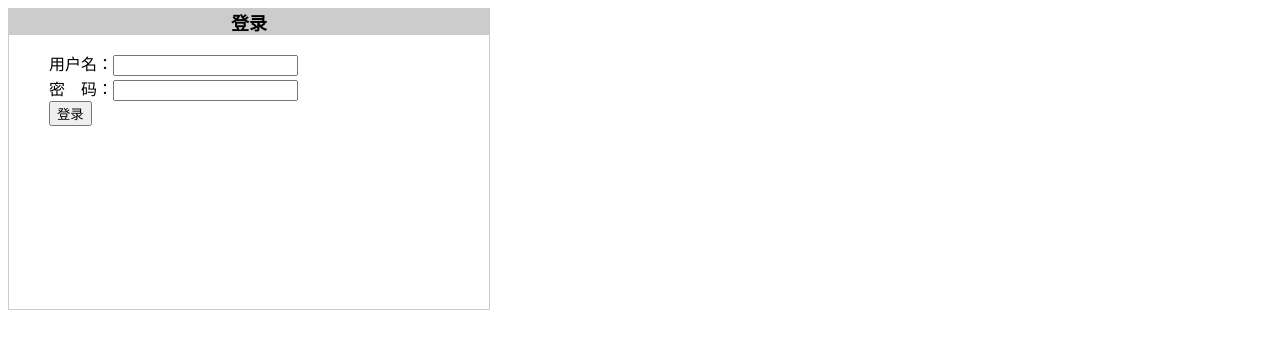
Repository: jiangrongbo/mybatis-blog
Page: http://localhost/exam3/
The author's editor kept a copy of each file at every save. The page is drawn from the files as they stood at one save, then again after the next save.
The browser window is 1280 px wide. The pictures show the whole page.
The page is served by Tomcat 9.

Above is the page before, as saved 2015-06-28 13:17:59.

After the next save:
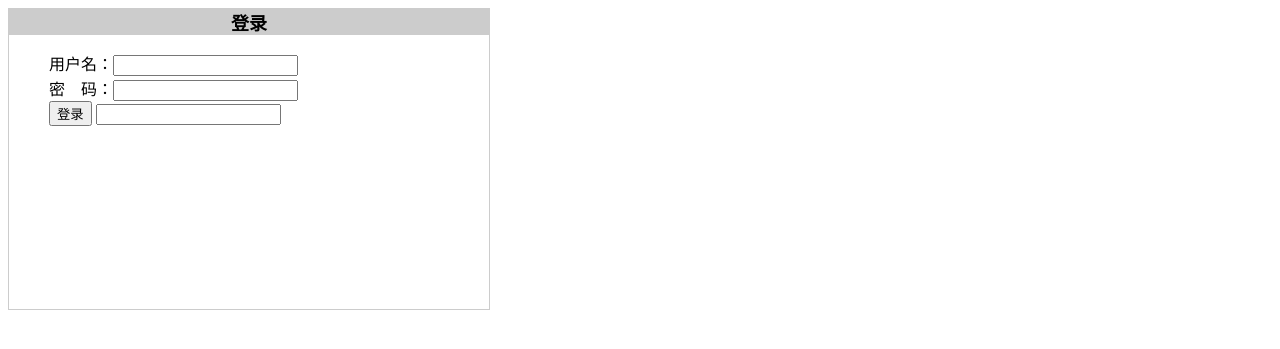
Saved 5 s later.
--- a/exam3/WebContent/index.jsp
+++ b/exam3/WebContent/index.jsp
@@ -28,7 +28,7 @@ list-style-type: none;
 		<ul>
 			<li>用户名：<input type="text" name="username"></li>
 			<li>密　码：<input type="text" name="password"></li>
-			<li><input type="submit" value="登录">&nbsp;</li>
+			<li><input type="submit" value="登录">&nbsp;<input></li>
 		</ul>
 	</div>
 </body>
